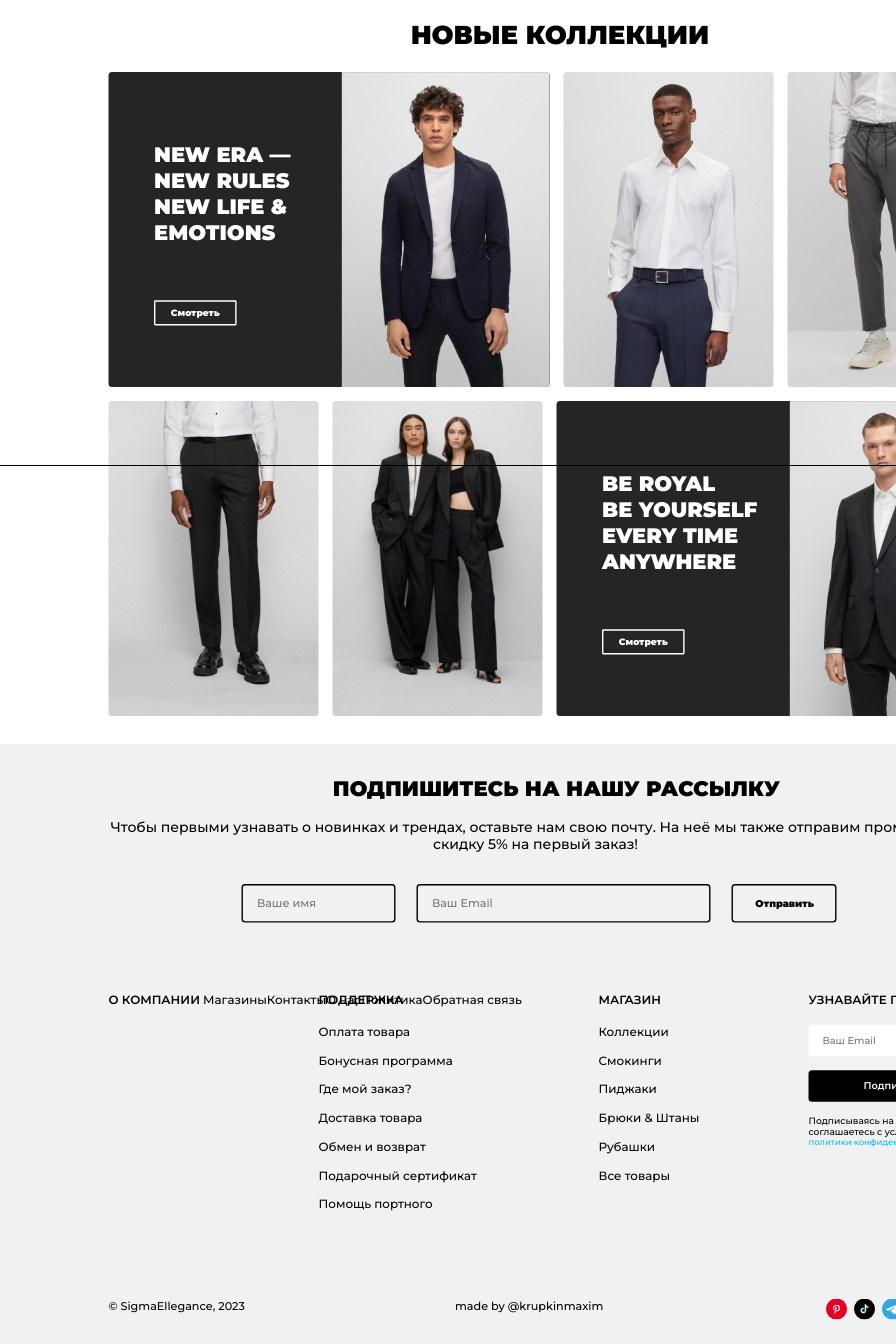
Repository: MaksimKrupkin/SigmaEllegance
Page: /
These files come from the project's save history. The page is drawn as it stood at one moment and after the next save; the edit follows.
The browser window is 1280 px wide. The pictures show the part of the page from y = 2240 to 4160 px (the page is 4160 px tall), at 70% of full size.
Some web fonts or font styles are not loaded; a fallback is used. The project was rebuilt for these pictures with package versions that can differ from the ones it lists, and the page was loaded fresh each time.

Above is the page before, as saved 2023-11-25 11:35:57.

After the next save:
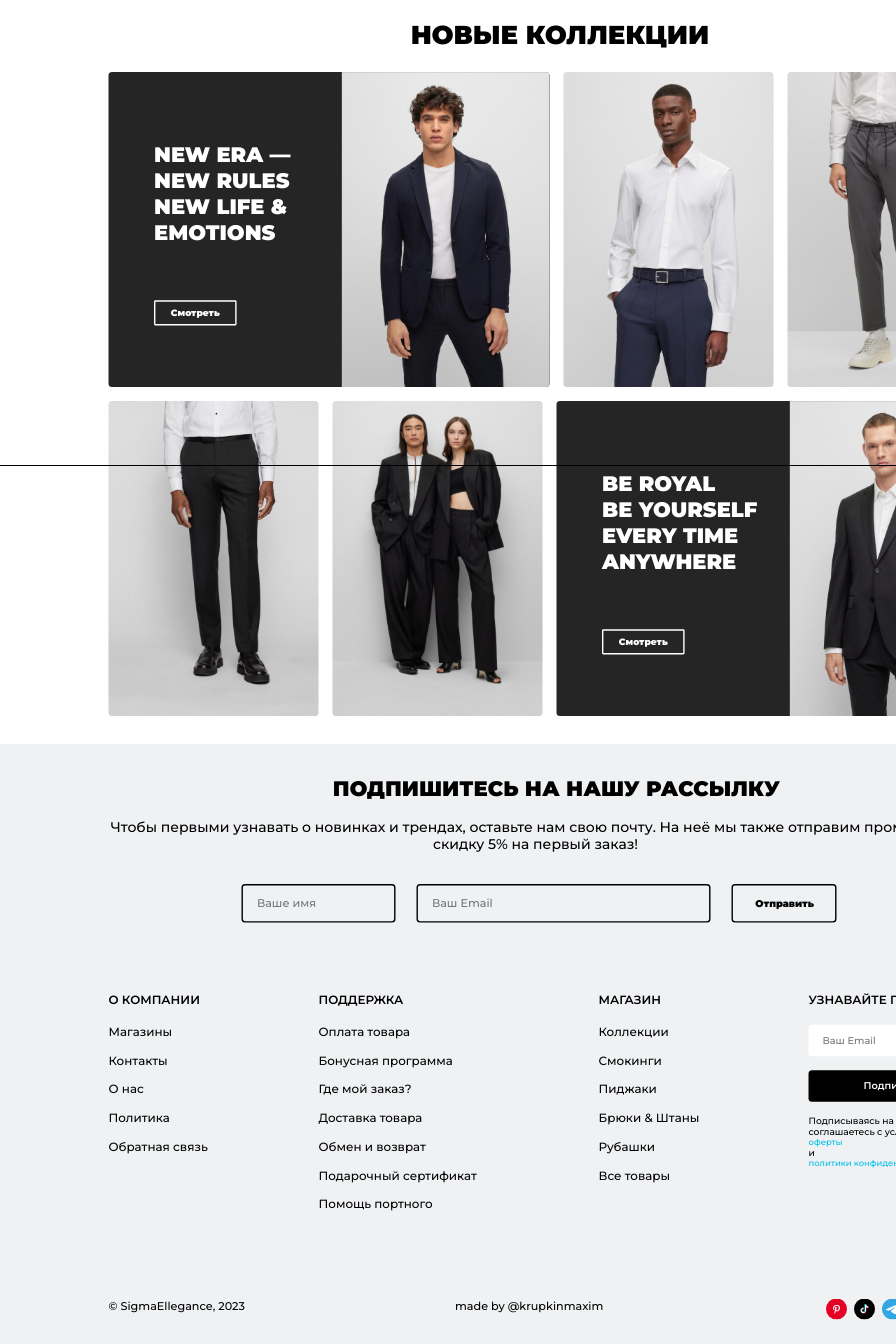
Saved 23 s later.
--- a/src/Components/Footer/Footer.module.css
+++ b/src/Components/Footer/Footer.module.css
@@ -3,6 +3,9 @@
   width: 1600px;
   height: 547px;
   position: relative;
+}
+a {
+  display: block;
 }
 
 .column_1 {
